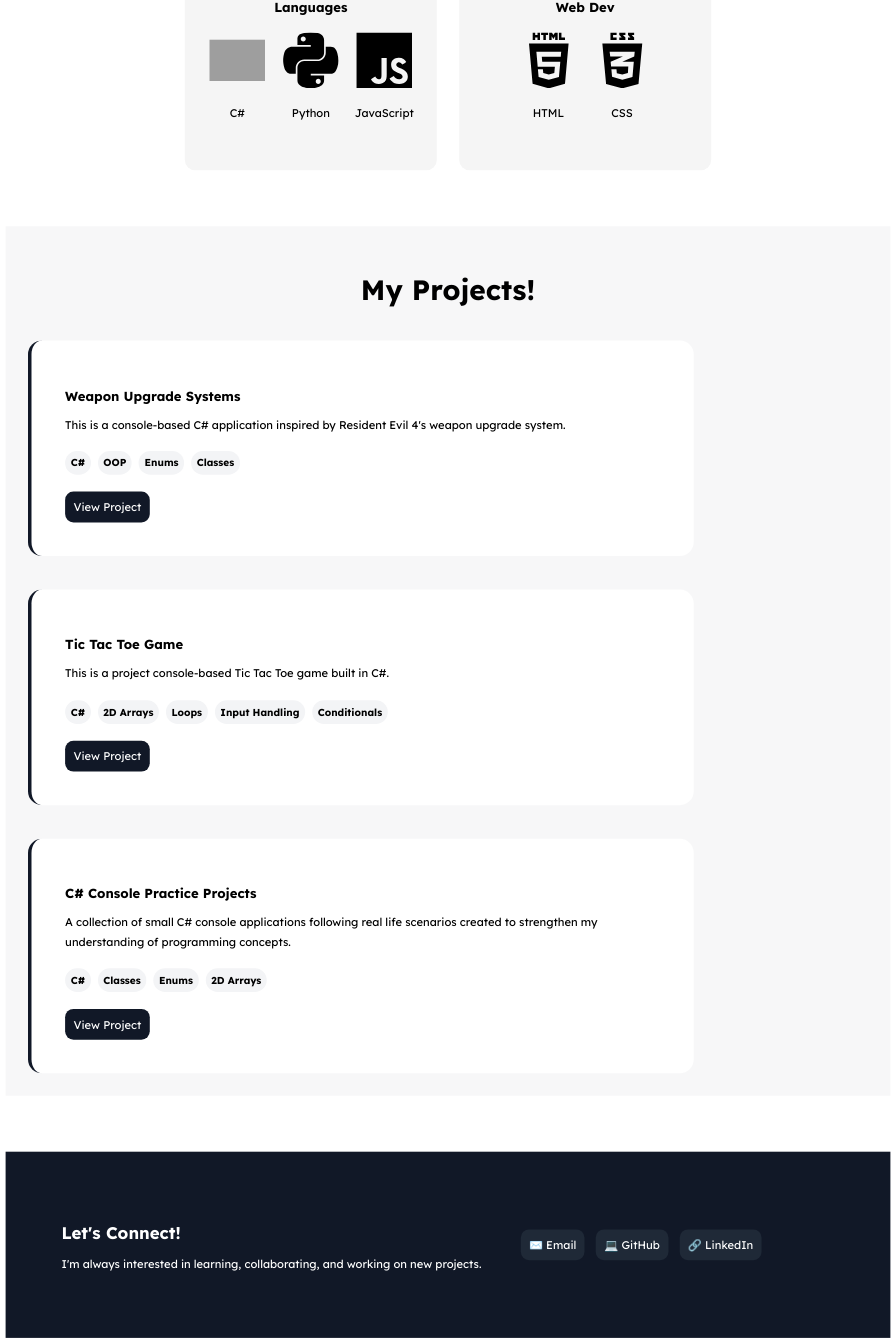
Repository: perrybalaba/perrybalaba
Page: index.html
An editor plug-in stored every save of this project. The page is shown before and after the next save, followed by the edit.
The browser window is 1280 px wide. The pictures show the part of the page from y = 1335 to 3255 px (the page is 3255 px tall before and 3127 px after), at 70% of full size.
Pictures or frames that could not be fetched are drawn as grey boxes. A picture or video elsewhere on the page could not be fetched, so the positions and the page height are approximate. Some web fonts or font styles are not loaded; a fallback is used.

Above is the page before, as saved 2026-05-13 22:58:11.

After the next save:
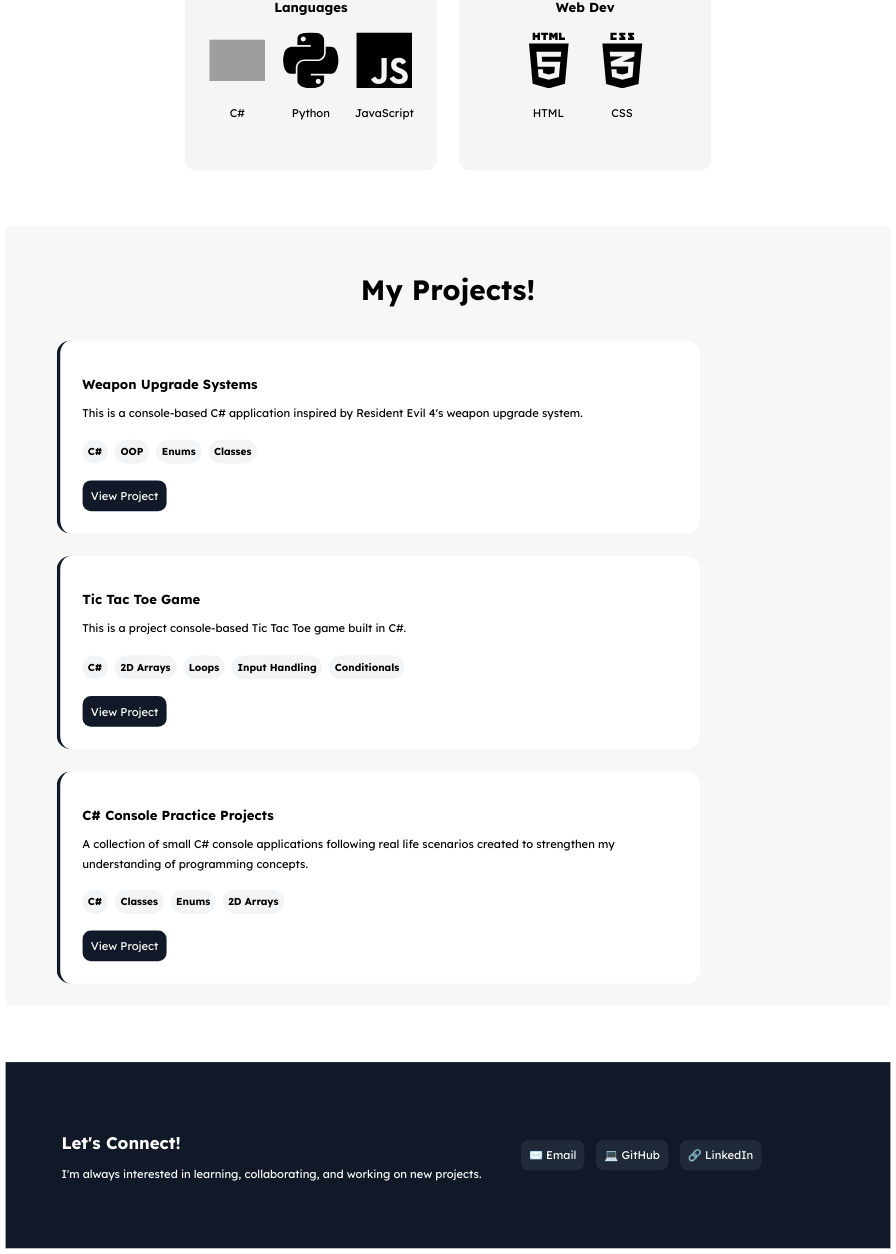
Saved 26 s later.
--- a/styles/globals.css
+++ b/styles/globals.css
@@ -118,12 +118,14 @@ main {
 
     /* SKILLS */
     .Projects-Container {
-        gap: 3rem;
+        display: flex;
+        flex-direction: column;
+        align-items: center;
     }
 
     .Project-Card {
+        width: 100%;
         max-width: 850px;
         margin: 0;
-        padding: 3rem;
     }
 }
